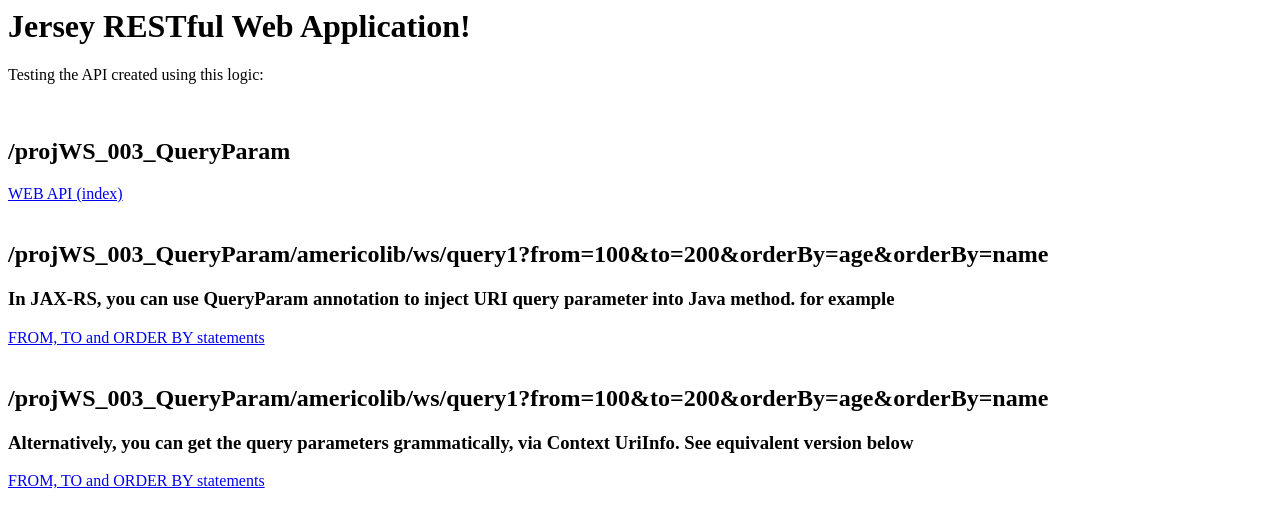
Repository: atafs/BackEnd_JAX-RS_REST_2continue
Page: http://localhost/projWS_003_QueryParam/
These files come from the project's save history. The page is drawn as it stood at one moment and after the next save; the edit follows.
The browser window is 1280 px wide. The pictures show the whole page.
The page is served by Tomcat 9.

Above is the page before, as saved 2016-05-02 10:05:27.

After the next save:
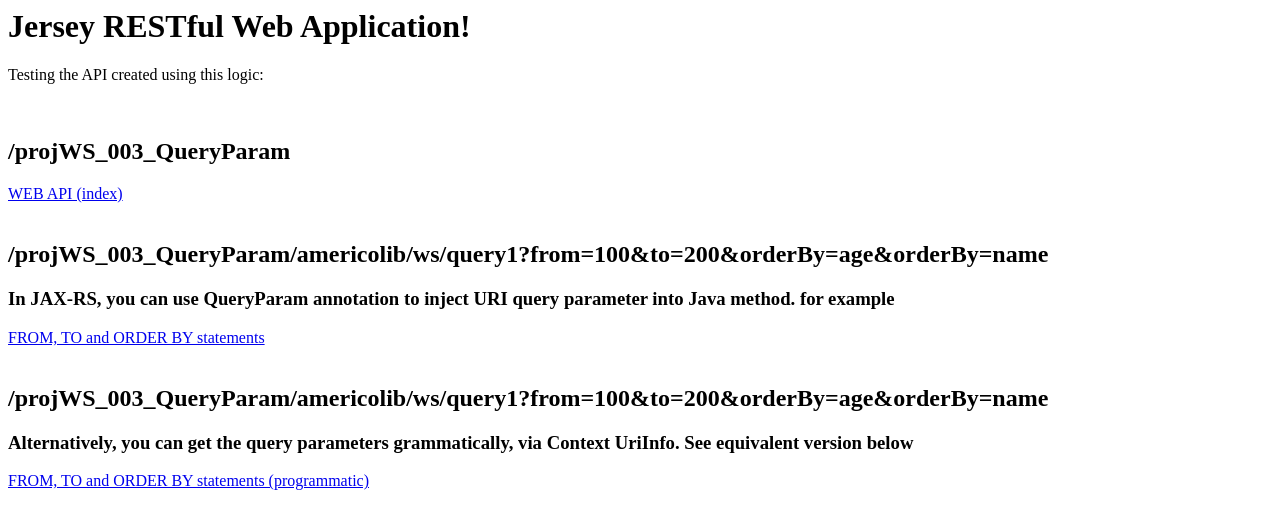
Saved 25 s later.
--- a/projWS_003_QueryParam/src/main/webapp/index.jsp
+++ b/projWS_003_QueryParam/src/main/webapp/index.jsp
@@ -17,7 +17,7 @@
 
 	<h2>/projWS_003_QueryParam/americolib/ws/query1?from=100&to=200&orderBy=age&orderBy=name</h2>
 	<h3>Alternatively, you can get the query parameters grammatically, via Context UriInfo. See equivalent version below</h3>
-	<a href="http://localhost:8085/projWS_003_QueryParam/americolib/ws/query2?from=100&to=200&orderBy=age&orderBy=name">FROM, TO and ORDER BY statements</a><br/><br/>
+	<a href="http://localhost:8085/projWS_003_QueryParam/americolib/ws/query2?from=100&to=200&orderBy=age&orderBy=name">FROM, TO and ORDER BY statements (programmatic)</a><br/><br/>
 
 
 
